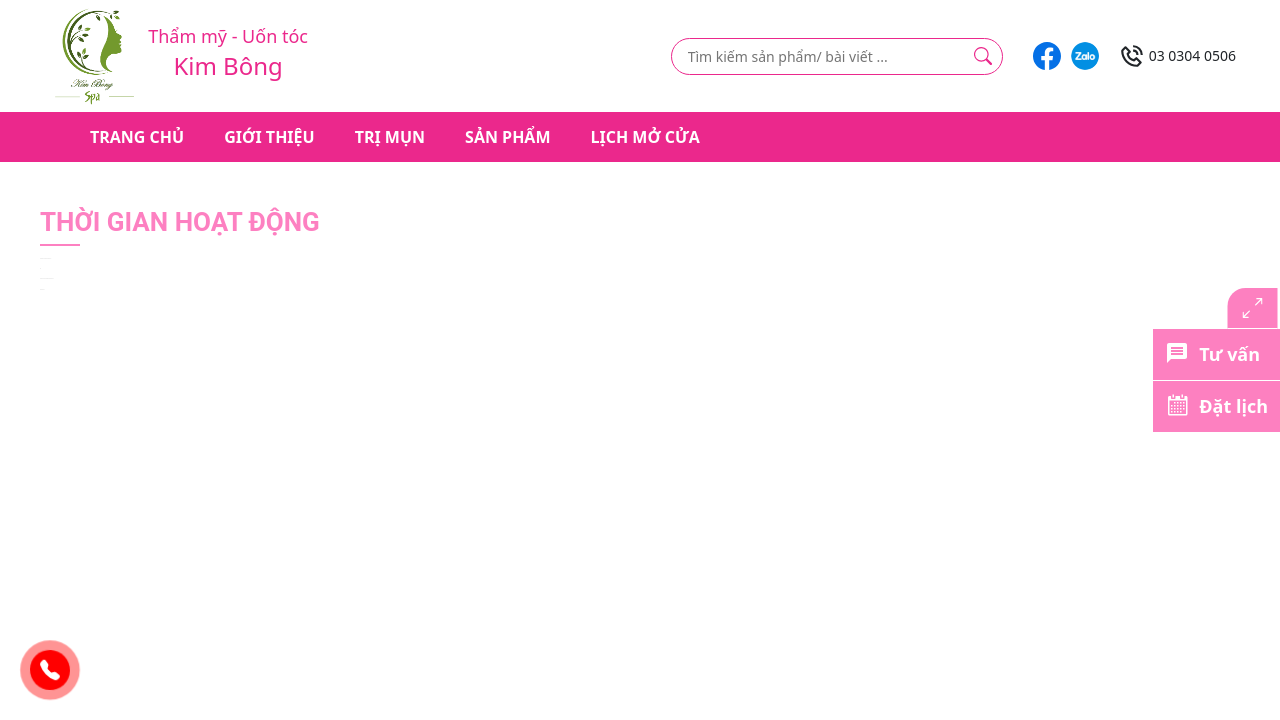
Repository: tranduykhuong/SpaKimBong
Page: /calendar
The author's editor kept a copy of each file at every save. The page is drawn from the files as they stood at one save, then again after the next save.
The browser window is 1280 px wide. The pictures show the whole page.
The project was rebuilt for these pictures with package versions that can differ from the ones it lists, and the page was loaded fresh each time. Also part of the build but not shown: src/components/Banner/banner.scss, src/components/Banner/Banner.js, src/pages/Home/home.scss, src/pages/Home/ListImage/listImage.scss, src/pages/Home/ListImage/ListImage.js, src/components/Footer/footer.scss, src/components/Footer/Footer.js, src/pages/Home/BookOnline/bookOnl.scss and 26 more.

Above is the page before, as saved 2022-06-06 23:12:53.

### src/App.js
import "./App.scss";
import Header from "./components/Header/Header";
import Home from "./pages/Home/Home";
import "bootstrap/dist/css/bootstrap.min.css";
import { Route, Routes } from "react-router-dom";
import About from "./pages/About/About";
import Products from "./pages/Product/Products";
import ProductDetail from "./pages/Product/ProductDetail/ProductDetail";
import AcneTreatment from "./pages/AcneTreatment/AcneTreatment";
import ContactToolbox from "./components/ContactToolbox/ContactToolbox";
import BackToTop from "./components/BackToTop/BackToTop";
import PhoneTool from "./components/PhoneTool/PhoneTool";
import Calendar from "./pages/Calendar/Calendar";

function App() {
  return (
    <div className="App">
      <Header />
      <ContactToolbox />
      <BackToTop />
      <PhoneTool />
      <Routes>
        <Route path="/" element={<Home />} />
        <Route path="/about" element={<About />} />
        <Route path="/products" element={<Products />} />
        <Route path="/acne" element={<AcneTreatment />} />
        <Route path="/calendar" element={<Calendar />} />

        <Route path="/products/1" element={<ProductDetail />} />
      </Routes>
    </div>
  );
}

export default App;

### src/components/Header/Header.js
import React, { useEffect, useState } from "react";
import "./header.scss";
import { BsSearch, BsFacebook } from "react-icons/bs";
import { BiPhoneCall } from "react-icons/bi";
import { Link, useLocation } from "react-router-dom";

function Header() {
  const path = useLocation().pathname;
  const [fixedNavbar, setFixedNavbar] = useState(false);

  useEffect(() => {
    const handleScroll = () => {
      if (window.scrollY < 1) {
        setFixedNavbar(true);
      }

      if (window.scrollY > 170) setFixedNavbar(true);
      else setFixedNavbar(false);
    };

    window.addEventListener("scroll", handleScroll);

    return () => {
      window.removeEventListener("scroll", handleScroll);
    };
  }, []);

  useEffect(() => {
    window.scrollTo(0, 0);
  }, [path]);

  return (
    <div className="header">
      <div className={"infor " + (fixedNavbar ? "mg-navbar" : "")}>
        <div className="logo">
          <img src="../../img/logoSpa.png" alt="" />
          <div className="nameSpa">
            <h4>Thẩm mỹ - Uốn tóc</h4>
            <h2>Kim Bông</h2>
          </div>
        </div>

        <div className="search">
          <input type="text" placeholder="Tìm kiếm sản phẩm/ bài viết ..." />
          <a className="icon">
            <BsSearch className="iconSearch" />
          </a>
        </div>

        <div className="contact">
          <a href="/" className="icon">
            <BsFacebook className="iconFacebook" />
          </a>
          <a href="/" className="icon">
            <img src="../../img/Zalo.png" alt="" className="iconZalo" />
          </a>

          <div className="phone">
            <BiPhoneCall className="iconPhone" />
            <h3>03 0304 0506</h3>
          </div>
        </div>
      </div>
      <div className={"myNavbar " + (fixedNavbar ? "fixedNavbar" : "")}>
        <div className="navbarContent">
          <ul className="navbarList">
            <li className={path === "/" ? "active" : ""}>
              <Link to="/">TRANG CHỦ</Link>
            </li>
            <li className={path === "/about" ? "active" : ""}>
              <Link to="/about">GIỚI THIỆU</Link>
            </li>
            {/* <li className={path === "/skin" ? "active" : ""}>
              <Link to="/">CHĂM SÓC DA</Link>
            </li> */}
            <li className={path === "/acne" ? "active" : ""}>
              <Link to="/acne">TRỊ MỤN</Link>
            </li>
            <li className={path === "/products" ? "active" : ""}>
              <Link to="/products">SẢN PHẨM</Link>
            </li>
            <li className={path === "/open-time" ? "active" : ""}>
              <Link to="/calendar">LỊCH MỞ CỬA</Link>
            </li>
          </ul>
        </div>
      </div>
    </div>
  );
}

export default Header;

### src/components/ContactToolbox/ContactToolbox.js
import React, { useState } from "react";
import "./contactToolbox.scss";
import { MdMessage } from "react-icons/md";
import { GoCalendar } from "react-icons/go";
import { BsArrowsAngleExpand } from "react-icons/bs";

const ContactToolbox = () => {
  const [hidden, setHidden] = useState(false);

  return (
    <div className="contactFixed">
      <div className="toolboxScroll" onClick={() => setHidden((prev) => !prev)}>
        <BsArrowsAngleExpand className="iconArrow" />
      </div>
      <div className={"toolboxList " + (hidden ? "hidden" : "open")}>
        <div className="advise toolboxItem">
          <MdMessage className="iconMessage" />
          <p>Tư vấn</p>
        </div>
        <div className="book toolboxItem">
          <GoCalendar className="iconCalendar" />
          <p>Đặt lịch</p>
        </div>
      </div>
    </div>
  );
};

export default ContactToolbox;

### src/components/BackToTop/BackToTop.js
import React, { useEffect, useState } from "react";
import "./backToTop.scss";
import { FaRegArrowAltCircleUp } from "react-icons/fa";

const BackToTop = () => {
  const [clicked, setClick] = useState(true);
  const [hiddenArrow, setHiddenArrow] = useState(true);

  useEffect(() => {
    const handleScroll = () => {
      if (window.scrollY > 550) setHiddenArrow(false);
      else setHiddenArrow(true);
    };
    window.addEventListener("scroll", handleScroll);
    return () => {
      window.removeEventListener("scroll", handleScroll);
    };
  }, []);

  useEffect(() => {
    window.scrollTo(0, 0);
  }, [clicked]);

  return (
    <div
      className={"backToTop " + (hiddenArrow ? "" : "show")}
      onClick={() => setClick((prev) => !prev)}
    >
      <FaRegArrowAltCircleUp className="icon" />
    </div>
  );
};

export default BackToTop;

### src/components/PhoneTool/PhoneTool.js
import React from "react";
import "./phoneTool.scss";
import { BsFillTelephoneFill } from "react-icons/bs";

const PhoneTool = () => {
  return (
    <div className="phoneTool">
      <div className="phone">
        <BsFillTelephoneFill className="iconPhone" />
      </div>
      <div className="circle"></div>
    </div>
  );
};

export default PhoneTool;

### src/pages/Calendar/Calendar.js
import React from "react";
import "./calendar.scss";

const Calendar = () => {
  return (
    <div>
      <div className="container-calendar">
        <div className="container-bg-calendar">
          <div className="calendar">
            <div className="calendar-content">
              <h3>THỜI GIAN HOẠT ĐỘNG</h3>
              <p>
                Hiên Vân Spa bắt đầu làm việc từ 09:00 và nhận khách đợt cuối
                lúc 19:30 mỗi ngày (Kể cả thứ 7 và Chủ Nhật).
              </p>
              <p>Đặc Biệt:</p>
              <p>
                Vẫn hoạt động bình thường vào giờ nghỉ trưa, khách hàng có thể
                thoải mái đặt lịch mà không ngại ảnh hưởng đến công việc, học
                tập ...
              </p>
              <p>Bạn muốn thư giãn ? Hãy đến với chúng tôi.</p>
            </div>

            <div className="calendar-boxs"></div>
          </div>
        </div>
      </div>
    </div>
  );
};

export default Calendar;

### src/components/Header/header.scss
@import '../../SCSS/base/variables.scss';
$height-navbar: 5rem;

.header {
    .mg-navbar {
        margin-bottom: $height-navbar;
    }

    .infor {
        max-width: 1200px;
        padding: .6rem 0;
        display: flex;
        justify-content: space-between;
        margin: 0 auto;

        .logo {
            display: flex;
            flex: 1;

            img {
                height: 10rem;
            }

            .nameSpa {
                color: $main-color;
                margin: auto 0;

                h4 {
                    font-size: 1.8rem;
                    font-weight: 500;
                }

                h2 {
                    font-size: 2.4rem;
                }
            }
        }


        .search {
            margin: auto 0;
            border-radius: 50px;
            border: solid .1rem $main-color;
            height: 37px;
            display: flex;

            input {
                font-size: 1.4rem;
                margin: auto 16px;
                min-width: 26rem;
                border: none;
                outline: none;
            }

            .icon {
                margin: auto 10px;
                cursor: pointer;
            }

            .iconSearch {
                width: 1.8rem;
                height: 1.8rem;
                color: $main-color;

                &:hover {
                    color: #f867b2;
                }
            }
        }

        .contact {
            display: flex;
            margin-left: 20px;

            .icon {
                margin: auto 0;
                margin-left: 10px;

            }

            .iconFacebook {
                width: 2.8rem;
                height: 2.8rem;
                color: rgba($color: #0570e6, $alpha: 1.0);
            }

            .iconZalo {
                width: 2.8rem;
                height: 2.8rem;
                border-radius: 50%;
            }

            .phone {
                margin: auto 0;
                margin-left: 20px;
                display: flex;

                .iconPhone {
                    width: 2.6rem;
                    height: 2.6rem;
                }

                h3 {
                    font-size: 1.4rem;
                    font-weight: 500;
                    margin: auto 4px;
                }
            }

        }
    }

    .fixedNavbar {
        position: fixed;
        top: 0;
        left: 0;
        z-index: 50;
        width: 100%;
        animation: fixedNavbar 1s forwards;
    }

    @keyframes fixedNavbar {
        from {
            top: -5rem;
            opacity: 0;
        }

        to {
            top: 0;
            opacity: 1;
        }
    }

    .myNavbar {
        height: $height-navbar;
        background-color: $main-color;

        .navbarContent {
            max-width: 1200px;
            margin: 0 auto;

            .navbarList {
                display: flex;
                margin: 0 1rem;
                // justify-content: space-evenly;

                li {
                    list-style: none;

                    a {
                        line-height: $height-navbar;
                        height: $height-navbar;
                        display: block;
                        color: #fff;
                        font-size: 1.6rem;
                        font-weight: 600;
                        text-decoration: none;
                        padding: 0 2rem;
                    }

                    &:hover {
                        background-color: #f844a1;
                        cursor: pointer;
                    }
                }

                .active {
                    background-color: #dd0876;
                }
            }
        }
    }
}

### src/components/ContactToolbox/contactToolbox.scss
.contactFixed {
    position: fixed;
    top: 50%;
    transform: translateY(-50%);
    right: 0;
    z-index: 100;
    cursor: pointer;

    .toolboxScroll {
        border-top-left-radius: 1.8rem;
        background-color: rgba($color: #fc2c97, $alpha: 0.6);
        width: 5rem;
        padding: 1rem;
        color: #fff;
        transform: translateX(149%);
        border-bottom: 1px solid #fff;

        .iconArrow {
            width: 2rem;
            height: 2rem;
        }
    }

    .toolboxList {
        background-color: rgba($color: #fc2c97, $alpha: 0.6);


        .toolboxItem {
            display: flex;
            padding: 1.2rem;
            color: #fff;

            p {
                font-size: 1.8rem;
                margin: 0;
                padding-left: 1rem;
                font-weight: 600;
            }
        }

        .advise {
            border-bottom: 1px solid #fff;

            .iconMessage {
                width: 2.4rem;
                height: 2.4rem;
            }
        }

        .book {

            .iconCalendar {
                width: 2.4rem;
                height: 2.4rem;
            }
        }
    }

    .hidden {
        animation: toRight 0.8s linear forwards;
    }

    .open {
        animation: toLeft 0.8s linear backwards;
    }

    @keyframes toRight {
        to {
            transform: translateX(62%);
        }
    }

    @keyframes toLeft {
        from {
            transform: translateX(62%);

        }

        to {
            transform: translateX(0);
        }
    }
}

### src/components/BackToTop/backToTop.scss
.backToTop {
    position: fixed;
    bottom: 2rem;
    right: 2rem;
    z-index: 100;
    display: none;

    .icon {
        width: 4rem;
        height: 4rem;
        color: #fa72b8;
        cursor: pointer;
    }
}

.show {
    animation: FadeIn 0.8s forwards;
    display: block;

    @keyframes FadeIn {
        from {
            bottom: 0;
        }

        to {
            bottom: 2rem;
        }
    }
}

### src/components/PhoneTool/phoneTool.scss
.phoneTool {
    position: fixed;
    width: 6rem;
    height: 6rem;
    left: 1rem;
    border-radius: 50%;
    bottom: 3rem;
    z-index: 100;
    cursor: pointer;

    .phone {
        position: absolute;
        z-index: 5;
        top: 34%;
        left: 34%;
        background-color: red;
        padding: 1rem;
        border-radius: 50%;
        animation: phoneSkin 1s infinite ease-in-out;

        .iconPhone {
            height: 2rem;
            width: 2rem;
            color: #fff;

        }

        @keyframes phoneSkin {
            0% {
                transform: rotate(0) scale(1) skew(1deg);
            }

            10% {
                transform: rotate(-25deg) scale(1) skew(1deg);
            }

            20% {
                transform: rotate(25deg) scale(1) skew(1deg);
            }

            30% {
                transform: rotate(-25deg) scale(1) skew(1deg);
            }

            40% {
                transform: rotate(25deg) scale(1) skew(1deg);
            }

            50% {
                transform: rotate(0) scale(1) skew(1deg);
            }

            100% {
                transform: rotate(0) scale(1) skew(1deg);
            }
        }
    }

    .circle {
        position: absolute;
        width: 6rem;
        height: 6rem;
        border-radius: 50%;
        top: 16%;
        left: 16%;
        background-color: rgba($color: rgb(255, 42, 42), $alpha: 0.5);
        animation: zoom 1s infinite;

        @keyframes zoom {
            0% {
                transform: scale(0.9);
            }

            70% {
                transform: scale(1);
                box-shadow: 0 0 0 15px transparent;
            }

            100% {
                transform: scale(0.9);
                box-shadow: 0 0 0 0 transparent;
            }
        }
    }
}

### src/pages/Calendar/calendar.scss
.container-calendar {
  .container-bg-calendar {
    .calendar {
      display: flex;
      width: 100%;
      text-align: left;
      padding: 4rem;
      font-family: "Roboto", sans-serif;

      .calendar-content {
        width: 30%;

        h3 {
          margin: 0 0 13px;
          color: #fd80c1;
          font-size: 26px;
          font-weight: bold;
          line-height: 1.6;
        }

        h3:after {
          content: "";
          display: block;
          width: 4rem;
          height: 2px;
          background: #fd80c1;
        }
      }

      .calendar-boxs {
        width: 70%;
      }
    }
  }
}

### src/SCSS/base/variables.scss
$main-color: #eb288c;
$text-color: #444;
$title-color: #fff;

Loaded but not shown: public/index.html (common file); src/index.js (common file); src/index.css (common file); src/reportWebVitals.js (common file); src/App.scss (common file)

After the next save:
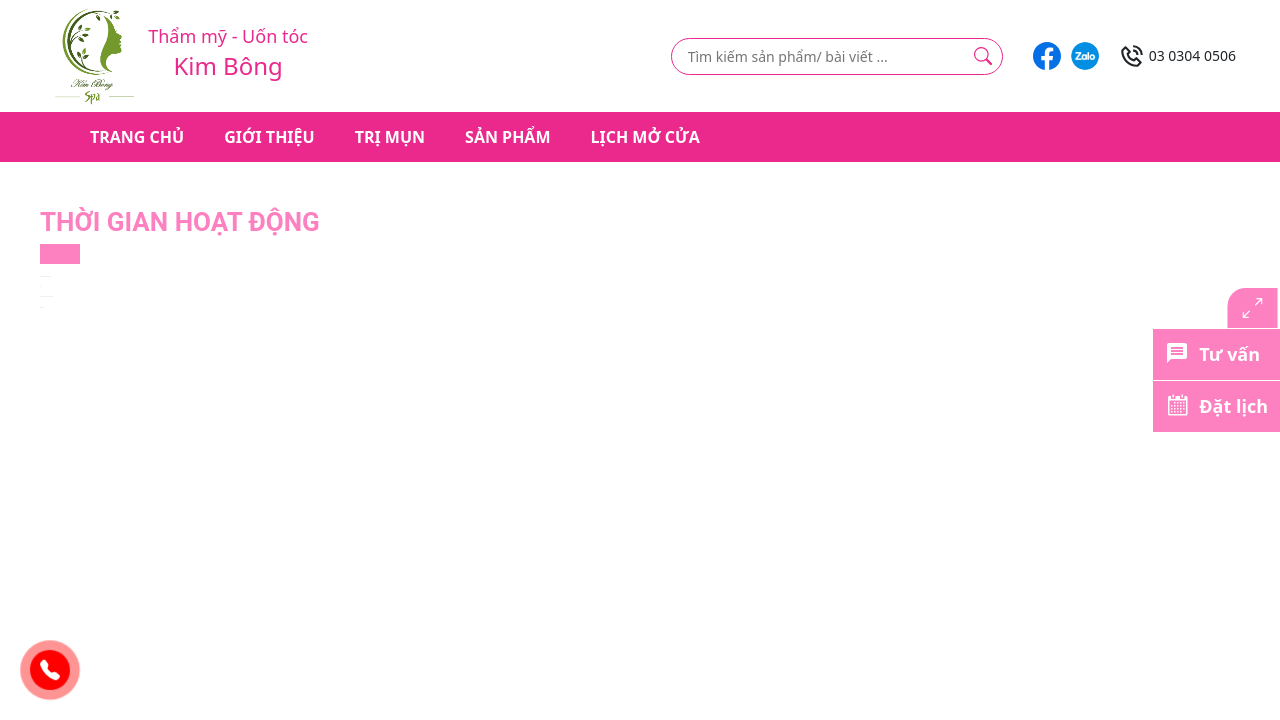
Saved 8 s later.
--- a/src/pages/Calendar/calendar.scss
+++ b/src/pages/Calendar/calendar.scss
@@ -22,7 +22,7 @@
           content: "";
           display: block;
           width: 4rem;
-          height: 2px;
+          height: 2rem;
           background: #fd80c1;
         }
       }
